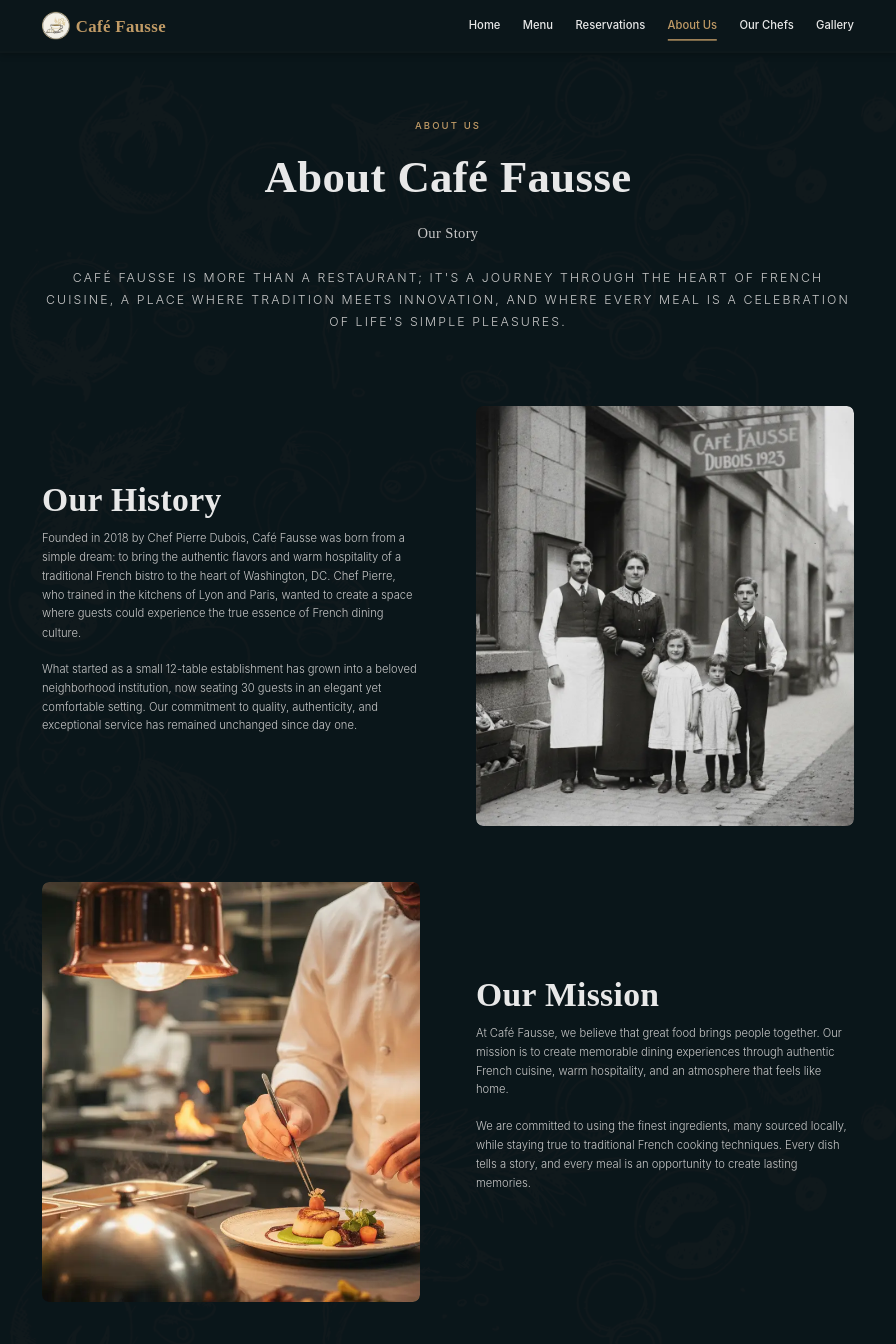
Repository: MatVanDenArt/MSSE-Cafe-Fausse
Page: /about (app in frontend/)
These files come from the project's save history. The page is drawn as it stood at one moment and after the next save; the edit follows.
The browser window is 1280 px wide. The pictures show the part of the page from y = 0 to 1920 px (the page is 5633 px tall before and 5537 px after), at 70% of full size.
Backgrounds fixed to the window are drawn as part of the page. The project was rebuilt for these pictures with package versions that can differ from the ones it lists, and the page was loaded fresh each time. Also part of the build but not shown: frontend/src/pages/Home.css, frontend/src/pages/Home.js, frontend/src/pages/Menu.css, frontend/src/pages/Menu.js, frontend/src/pages/Reservations.css, frontend/src/pages/Reservations.js, frontend/src/pages/Gallery.css, frontend/src/pages/Gallery.js.

Above is the page before, as saved 2025-11-04 21:05:34.

After the next save:
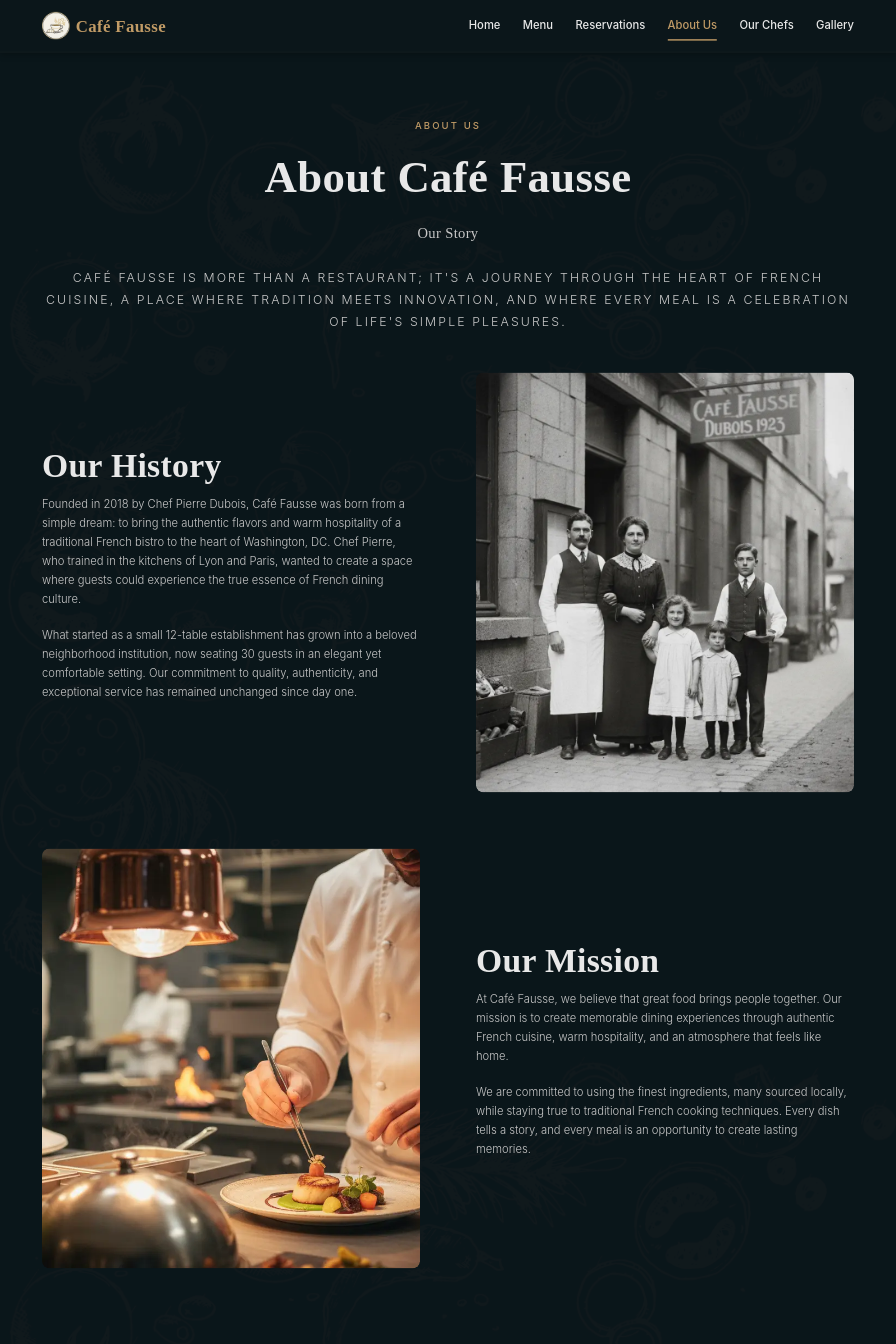
Saved 37 s later.
--- a/frontend/src/App.css
+++ b/frontend/src/App.css
@@ -248,7 +248,6 @@ p {
 
 .section-title {
   text-align: center;
-  margin-bottom: 3rem;
 }
 
 .section-title h2 {
